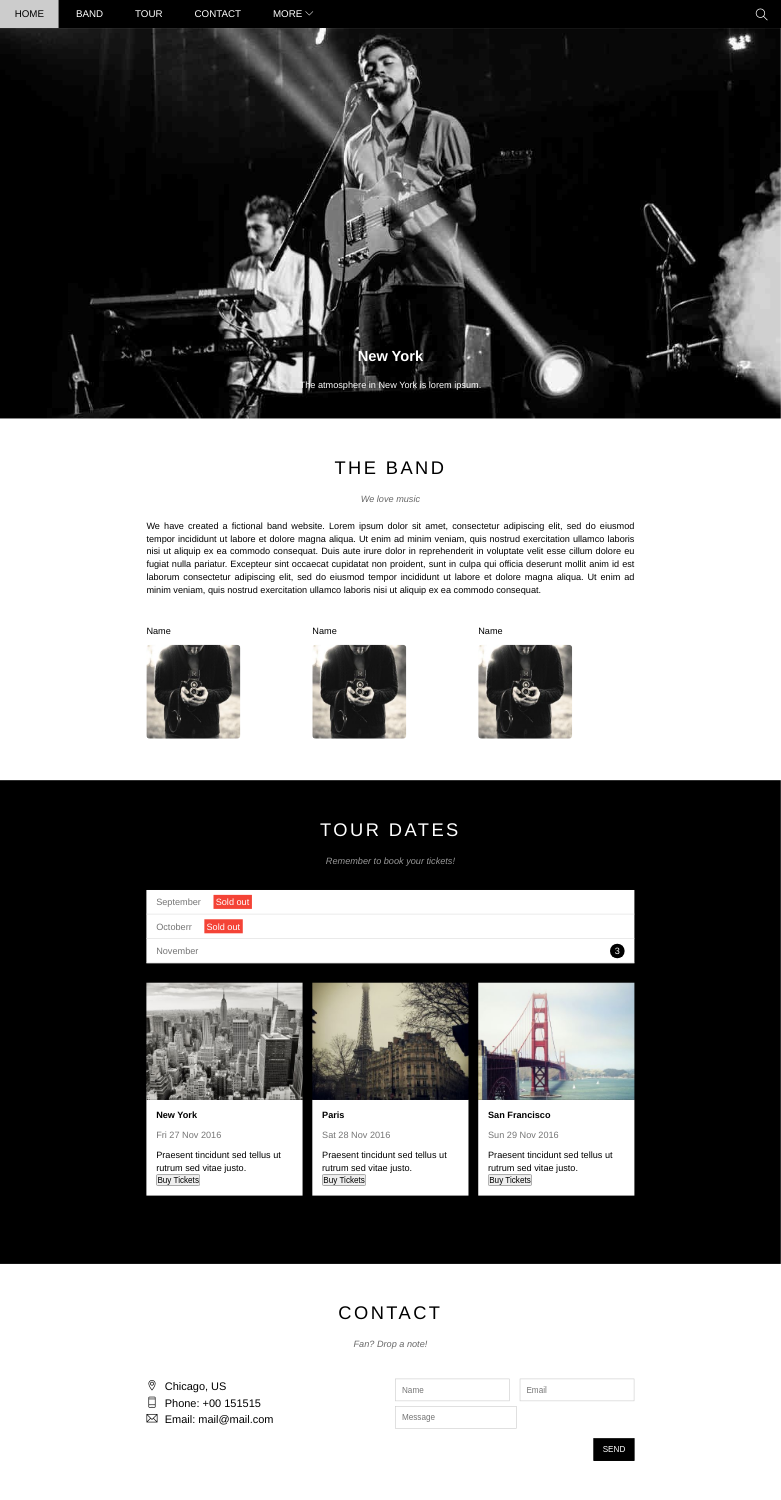
Repository: vophuocthanh/phuocthanhk03
Page: index.html
These files come from the project's save history. The page is drawn as it stood at one moment and after the next save; the edit follows.
The browser window is 1280 px wide. The pictures show the whole page, at 61% of full size.

Above is the page before, as saved 2022-03-27 14:13:20.

### index.html
<!DOCTYPE html>
<html lang="en">

<head>
    <meta charset="UTF-8" />
    <meta http-equiv="X-UA-Compatible" content="IE=edge" />
    <meta name="viewport" content="width=device-width, initial-scale=1.0" />
    <title>THE BAND</title>
    <link rel="stylesheet" href="./asset/css/style.css" />
    <link rel="stylesheet" href="/asset/icon/themify-icons/themify-icons.css">
</head>

<body>
    <div id="main">
        <div id="header">
            <!-- Begin : nav -->
            <ul id="nav">
                <li><a href="">Home<a></li>
                <li><a href="">Band</a></li>
                <li><a href="">Tour</a></li>
                <li><a href="">Contact</a></li>
                <li>
                    <a href="">
                        More
                        <i class="nav-arrow-down ti-angle-down"></i>
                    </a>
                    <ul class="subnav">
                        <li><a href="">Merchandise</a></li>
                        <li><a href="">Extras</a></li>
                        <li><a href="">Media</a></li>
                    </ul>
                </li>
            </ul>
            <!-- End: nav -->

            <!-- Begin: Search -->
            <div class="search-btn">
                <i class="search-icon ti-search"></i>
            </div>
            <!-- End: Search -->
        </div>

        <div id="slider">
            <div class="text-content">
                <h2 class="text-heading">New York</h2>
                <div class="text-description">The atmosphere in New York is lorem ipsum.</div>
            </div>
        </div>

        <div id="content">
            <!-- About section -->
            <div class="content-section">
                <h2 class="section-heading">THE BAND</h2>
                <p class="section-sub-heading">We love music</p>
                <p class="about-text">We have created a fictional band website. Lorem ipsum dolor sit amet, consectetur adipiscing elit, sed do eiusmod tempor incididunt ut labore et dolore magna aliqua. Ut enim ad minim veniam, quis nostrud exercitation ullamco laboris nisi
                    ut aliquip ex ea commodo consequat. Duis aute irure dolor in reprehenderit in voluptate velit esse cillum dolore eu fugiat nulla pariatur. Excepteur sint occaecat cupidatat non proident, sunt in culpa qui officia deserunt mollit anim
                    id est laborum consectetur adipiscing elit, sed do eiusmod tempor incididunt ut labore et dolore magna aliqua. Ut enim ad minim veniam, quis nostrud exercitation ullamco laboris nisi ut aliquip ex ea commodo consequat.</p>

                <div class="row members-list">
                    <div class="col col-third text-content">
                        <p class="member-name">Name</p>
                        <img src="./asset/img/band/member1.jpg" alt="Name" class="member-img">
                    </div>

                    <div class="col col-third text-content">
                        <p class="member-name">Name</p>
                        <img src="./asset/img/band/member1.jpg" alt="Name" class="member-img">
                    </div>

                    <div class="col col-third text-content">
                        <p class="member-name">Name</p>
                        <img src="./asset/img/band/member1.jpg" alt="Name" class="member-img">
                    </div>
                    <div class="clear"></div>
                </div>
            </div>




            <!-- Tour section -->
            <div class="tour-section">
                <div class="content-section">
                    <h2 class="section-heading
                    text-white">TOUR DATES</h2>
                    <p class="section-sub-heading text-white">Remember to book your tickets!</p>

                    <!-- ticket -->

                    <ul class="ticket-list">
                        <li>September <span class="sold-out">Sold out</span></li>
                        <li>Octoberr <span class="sold-out">Sold out</span></li>
                        <li>November <span class="quantily">3</span></li>
                    </ul>

                    <!-- Places -->
                    <div class="row place-list">
                        <div class="col col-third">
                            <img src="./asset/img/places/place1.jpg" alt="New York" class="place-img">
                            <div class="place-body">
                                <h3 class="place-heading">New York</h3>
                                <p class="place-time">Fri 27 Nov 2016</p>
                                <p class="place-desc">Praesent tincidunt sed tellus ut rutrum sed vitae justo.</p>
                                <button class="btn ">Buy Tickets</button>
                            </div>
                        </div>
                        <div class="col col-third">
                            <img src="./asset/img/places/place2.jpg" alt="New York" class="place-img">
                            <div class="place-body">
                                <h3 class="place-heading">Paris</h3>
                                <p class="place-time">Sat 28 Nov 2016</p>
                                <p class="place-desc">Praesent tincidunt sed tellus ut rutrum sed vitae justo.</p>
                                <button class="btn ">Buy Tickets</button>
                            </div>
                        </div>
                        <div class="col col-third">
                            <img src="./asset/img/places/palce3.jpg" alt="New York" class="place-img">
                            <div class="place-body">
                                <h3 class="place-heading">San Francisco</h3>
                                <p class="place-time">Sun 29 Nov 2016</p>
                                <p class="place-desc">Praesent tincidunt sed tellus ut rutrum sed vitae justo.</p>
                                <button class="btn ">Buy Tickets</button>
                            </div>
                        </div>

                    </div>
                </div>

            </div>
            <!-- Contact section -->
            <div class="content-section">
                <h2 class="section-heading">CONTACT</h2>
                <p class="section-sub-heading">Fan? Drop a note!</p>

                <div class="row contact-content">
                    <div class="col col-half
                    contact-info">
                        <p><i class="ti-location-pin"></i>Chicago, US</p>
                        <p><i class="ti-mobile"></i>Phone: +00 151515</p>
                        <p><i class="ti-email"></i>Email: mail@mail.com</p>
                    </div>
                    <div class="col col-half contact-form">
                        <form action="">
                            <div class="row">
                                <div class="col col-half">
                                    <input type="text" name="" placeholder="Name" required id="" class="form-control">
                                </div>
                                <div class="col col-half">
                                    <input type="email" name="" placeholder="Email" required id="" class="form-control">
                                </div>
                            </div>
                            <div class="row mt-8">
                                <div class="col col-full">
                                    <input type="text" name="" placeholder="Message" required id="" class="form-control">
                                </div>
                            </div>

                            <input class="form-submit-btn mt-16" type="submit" value="SEND">

                        </form>
                    </div>
                </div>


            </div>

            <div id="footer">

            </div>

        </div>

        <div class="modal js-modal">
            <div class="modal-container js-modal-container">
                <div class="modal-close js-modal-close">
                    <i class="ti-close"></i>
                </div>


                <header class="modal-header">
                    <i class="modal-heading-icon ti-bag"></i> Tickets
                </header>

                <div class="modal-body">
                    <label for="ticket-quantity" class="modal-label">
                        <i class="ti-shopping-cart"></i>
                        Tickets, $15 per person
                    </label>
                    <input id="ticket-quantity" type="text" class="modal-input" placeholder="How many?">

                    <label for="ticket-email" class="modal-label">
                        <i class="ti-user"></i>
                        Send to
                    </label>
                    <input id="ticket-email" type="email" class="modal-input" placeholder="Enter email...">


                    <button id="buy-tickets">
                        Pay <i class="ti-check"></i>
                    </button>
                </div>


                <footer class="modal-footer">
                    <p class="modal-help">Need <a href="">help?</a></p>
                </footer>
            </div>
        </div>


        <script>
            const buyBtns = document.querySelectorAll('.js-buy-ticket')

            const modal = document.querySelector('.js-modal')
            const modalContainer = document.querySelector('.js-modal-container')
            const modalclose = document.querySelector('.js-modal-close')


            // hàm hiển thị modal mua vé (thêm class vào open vào modal)
            function showBuytickets() {
                modal.classList.add('open')
            }
            // hàm ẩn modal mua vé (gỡ bỏ class vào open của modal)
            function hideBuytickets() {
                modal.classList.remove('open')
            }
            //lặp qua từng thẻ button và nghe hành vi click
            for (const buyBtn of buyBtns) {
                buyBtn.addEventListener('click', showBuytickets)
            }
            // nghe hành vi click vào button close
            modalclose.addEventListener('click', hideBuytickets)

            modal.addEventListener('click', hideBuytickets)

            modalContainer.addEventListener('click', function(event) {
                event.stopPropagation()
            })
        </script>

</body>

</html>

### asset/css/style.css
/*Reset*/

* {
    padding: 0;
    margin: 0;
    box-sizing: border-box;
}

html {
    font-family: Helvetica, Arial, sans-serif;
}


/*
 1. Từ ngoài vào trong
 2. Trên xuống dưới
 3. Từ tổng quan đến chi tiết

*/


/*
1. Vị Trí
2. Màu Sắc
3. Kích Thước
4.Kiểu Dáng */

.clear {
    clear: both;
}

.text-white {
    color: #fff !important;
}

.text-center {
    text-align: center !important;
}

.buy-btn {
    background-color: #000;
    color: #fff;
    text-decoration: none;
    padding: 11px 16px;
    display: inline-block;
    margin-top: 15px;
}

.buy-btn:hover {
    color: #000;
    background-color: #ccc;
}

.row {
    margin-left: -8px;
    margin-right: -8px;
}

.row::after {
    content: " ";
    display: block;
    clear: both;
}

.col {
    float: left;
    padding-left: 8px;
    padding-right: 8px;
}

.col-half {
    width: 50%;
}

.col-third {
    width: 33.3333%;
}

.mt-8 {
    margin-top: 8px !important;
}

.mt-16 {
    margin-top: 16px !important;
}

#main {}

#header {
    height: 46px;
    background-color: #000;
    position: fixed;
    top: 0;
    left: 0;
    right: 0;
    z-index: 1;
}

#nav {
    display: inline-block;
}

.subnav {
    list-style-type: none;
}

#nav>li {
    display: inline-block;
}

#nav li {
    position: relative;
}

#nav>li>a {
    color: #fff;
    text-transform: uppercase;
}

#nav li a {
    color: #fff;
    text-decoration: none;
    line-height: 46px;
    padding: 0 24px;
    display: block;
}

#nav li:hover .subnav {
    display: block;
}

#nav>li:hover>a,
#nav .subnav li:hover {
    color: #000;
    background-color: #ccc;
}

#nav .subnav {
    display: none;
    position: absolute;
    top: 100%;
    left: 0;
    min-width: 160px;
    background-color: #fff;
    box-shadow: 0 0 10px rgba(0, 0, 0, 0.3);
}

#nav .subnav a {
    color: #000;
    padding: 0 12px;
}

#nav .nav-arrow-down {
    font-size: 14px;
}

#header .search-btn {
    float: right;
    padding: 0 21px;
    cursor: pointer;
}

#header .search-btn:hover {
    background-color: #f44336;
}

#header .search-icon {
    color: #fff;
    font-size: 20px;
    line-height: 46px;
}

#slider {
    position: relative;
    margin-top: 46px;
    padding-top: 50%;
    background: url("/asset/img/slider/slider1.jpg") top center / cover no-repeat;
}

#slider .text-content {
    position: absolute;
    bottom: 47px;
    color: #fff;
    left: 50%;
    transform: translate(-50%);
    text-align: center;
}

#slider .text-headin {
    font-weight: 500;
    font-size: 24px;
}

#slider .text-description {
    font-size: 15px;
    margin-top: 25px;
}

#content {}

#content .content-section {
    width: 800px;
    padding: 64px 0;
    margin-left: auto;
    margin-right: auto;
}

#content .section-heading {
    font-size: 30px;
    font-weight: 500;
    text-align: center;
    letter-spacing: 4px;
}

#content .section-sub-heading {
    font-size: 15px;
    text-align: center;
    margin-top: 25px;
    font-style: italic;
    opacity: 0.6;
}

#content .about-text {
    font-size: 15px;
    margin-top: 25px;
    text-align: justify;
    line-height: 1.4;
}

#content .members-list {
    margin-top: 48px;
}

#content .member-name {
    font-size: 15px;
}

#content .member-img {
    width: 154px;
    margin-top: 15px;
    border-radius: 4%;
}


/* Tour-section */

.tour-section {
    background-color: #000;
}

.ticket-list {
    background-color: #fff;
    list-style: none;
    margin-top: 40px;
}

.ticket-list li {
    color: #757575;
    font-size: 15px;
    padding: 11px 16px;
    border-bottom: 1px solid #ddd;
}

.ticket-list .sold-out {
    background-color: #f44336;
    color: #fff;
    padding: 3px 4px;
    margin-left: 16px;
}

.ticket-list .quantily {
    float: right;
    width: 24px;
    height: 24px;
    background-color: #000;
    color: #fff;
    border-radius: 50%;
    text-align: center;
    line-height: 24px;
    margin-top: -3px;
}


/* Places */

.place-list {
    /* padding-bottom: 48px; */
    margin-top: 32px;
    margin-bottom: 48px;
}

.place-img {
    width: 100%;
    display: block;
}

.place-img:hover {
    opacity: 0.6;
}

.place-body {
    padding: 16px;
    font-size: 15px;
    background-color: #fff;
}

.place-heading {
    font-size: 15px;
    font-weight: 600;
}

.place-time {
    margin-top: 15px;
    color: #757575;
}

.place-desc {
    margin-top: 15px;
    line-height: 1.4;
}

.place-buy-btn {
    background-color: #000;
    color: #fff;
    text-decoration: none;
    padding: 11px 16px;
    display: inline-block;
    margin-top: 15px;
}

.place-buy-btn:hover {
    color: #000;
    background-color: #ccc;
}


/* Contact Form */

.contact-content {
    margin-top: 48px;
}

.contact-info {
    font-size: 18px;
    line-height: 1.5;
}

.contact-info i[class*="ti-"] {
    width: 30px;
    display: inline-block;
}

.contact-form {
    font-size: 15px;
}

.contact-form .form-control {
    padding: 10px;
    border: 1px solid #ccc;
    width: 100%;
}

.contact-form .form-submit-btn {
    background-color: #000;
    color: #fff;
    border: 1px solid #000;
    padding: 10px 14px;
    float: right;
}


/* Foote section */

#foote {}


/* Modal */

.modal {
    position: fixed;
    top: 0;
    right: 0;
    bottom: 0;
    left: 0;
    background-color: rgba(0, 0, 0, 0.4);
    align-items: center;
    justify-content: center;
    display: none;
}

.modal-container {
    background-color: #fff;
    width: 900px;
    max-width: calc(100% - 32px);
    min-height: 200px;
    position: relative;
    animation: modalFaceIn ease 0.5s;
}

.modal-header {
    background-color: #009688;
    height: 129px;
    display: flex;
    align-items: center;
    justify-content: center;
    font-size: 30px;
    color: #fff;
}

.modal-heading-icon {
    margin-right: 16px;
}

.modal-close:hover {
    opacity: 1;
}

.modal-close {
    position: absolute;
    right: 0;
    top: 0;
    color: #fff;
    padding: 10px;
    cursor: pointer;
    opacity: 0.8;
}

.modal-body {
    padding: 16px;
}

.modal-label {
    display: block;
    font-size: 15px;
    margin-bottom: 12px;
}

.modal-input {
    border: 1px solid #ccc;
    width: 100%;
    padding: 10px;
    font-size: 15px;
    margin-bottom: 24px;
}

#buy-tickets {
    background: #009688;
    border: none;
    color: #fff;
    width: 100%;
    font-size: 15px;
    text-transform: uppercase;
    padding: 18px;
    cursor: pointer;
}

#buy-tickets:hover {
    opacity: 0.9;
}

.modal-footer {
    padding: 16px;
    text-align: right;
    color: #2196f3;
}

.modal-footer a {
    color: #2196f3;
}

@keyframes modalFaceIn {
    from {
        opacity: 0;
        transform: translateY(-140px);
    }
    to {
        opacity: 1;
        transform: translateY(0);
    }
}

Loaded but not shown: asset/icon/themify-icons/themify-icons.css (common file)

After the next save:
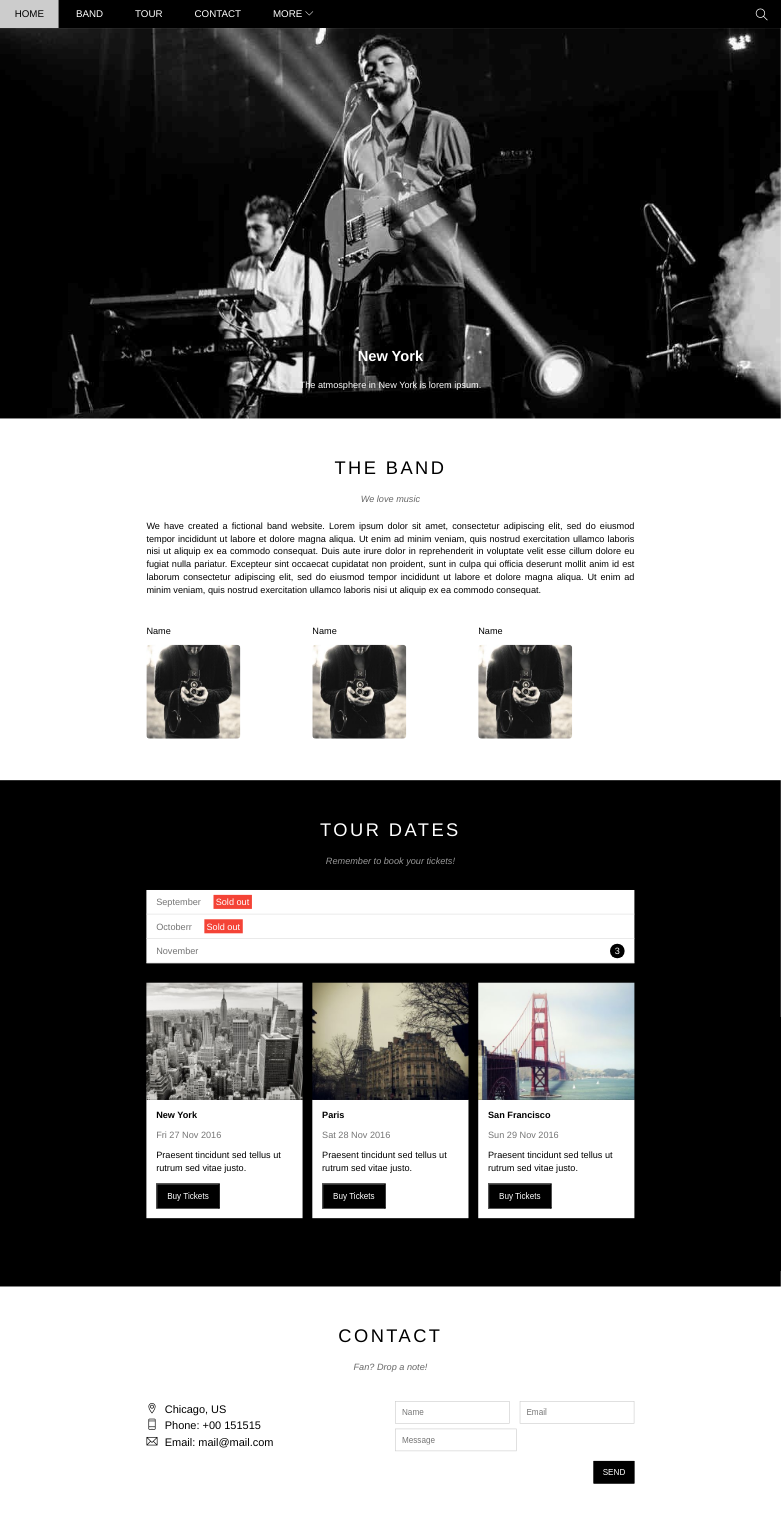
Saved 20 s later.
--- a/asset/css/style.css
+++ b/asset/css/style.css
@@ -37,7 +37,7 @@ html {
     text-align: center !important;
 }
 
-.buy-btn {
+.btn {
     background-color: #000;
     color: #fff;
     text-decoration: none;
@@ -46,7 +46,7 @@ html {
     margin-top: 15px;
 }
 
-.buy-btn:hover {
+.btn:hover {
     color: #000;
     background-color: #ccc;
 }
